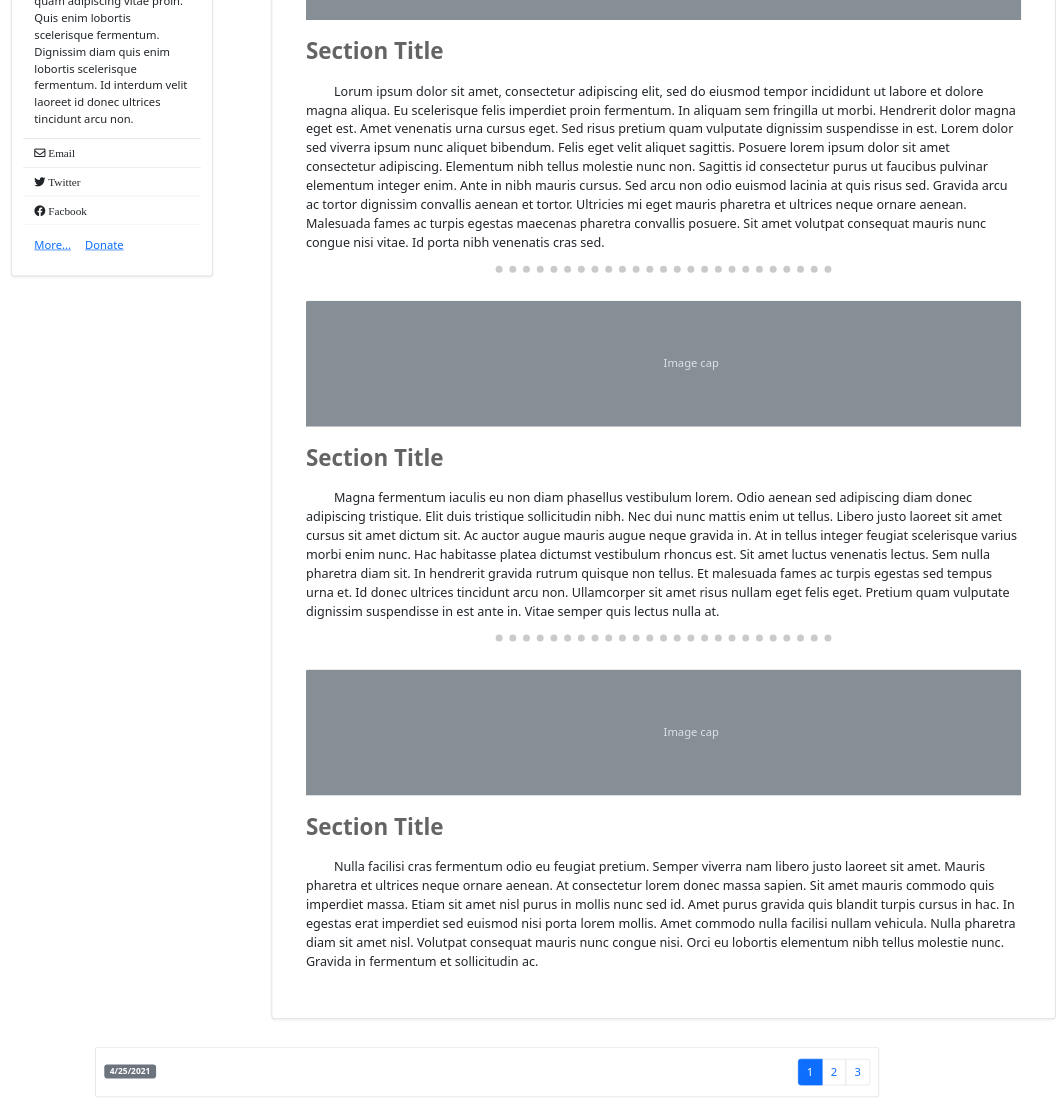
Repository: LublubXT/Azi-Tec-Team
Page: views/templates/blogs/personalblog/home.html
An editor plug-in stored every save of this project. The page is shown before and after the next save, followed by the edit.
The browser window is 1280 px wide. The page is 1508 px wide, so the pictures cover 1508 px, including what lies to the right of the window. The pictures show the part of the page from y = 1121 to 2761 px (the page is 2713 px tall before and 2761 px after), at 70% of full size.

Above is the page before, as saved 2021-03-11 12:21:53.

After the next save:
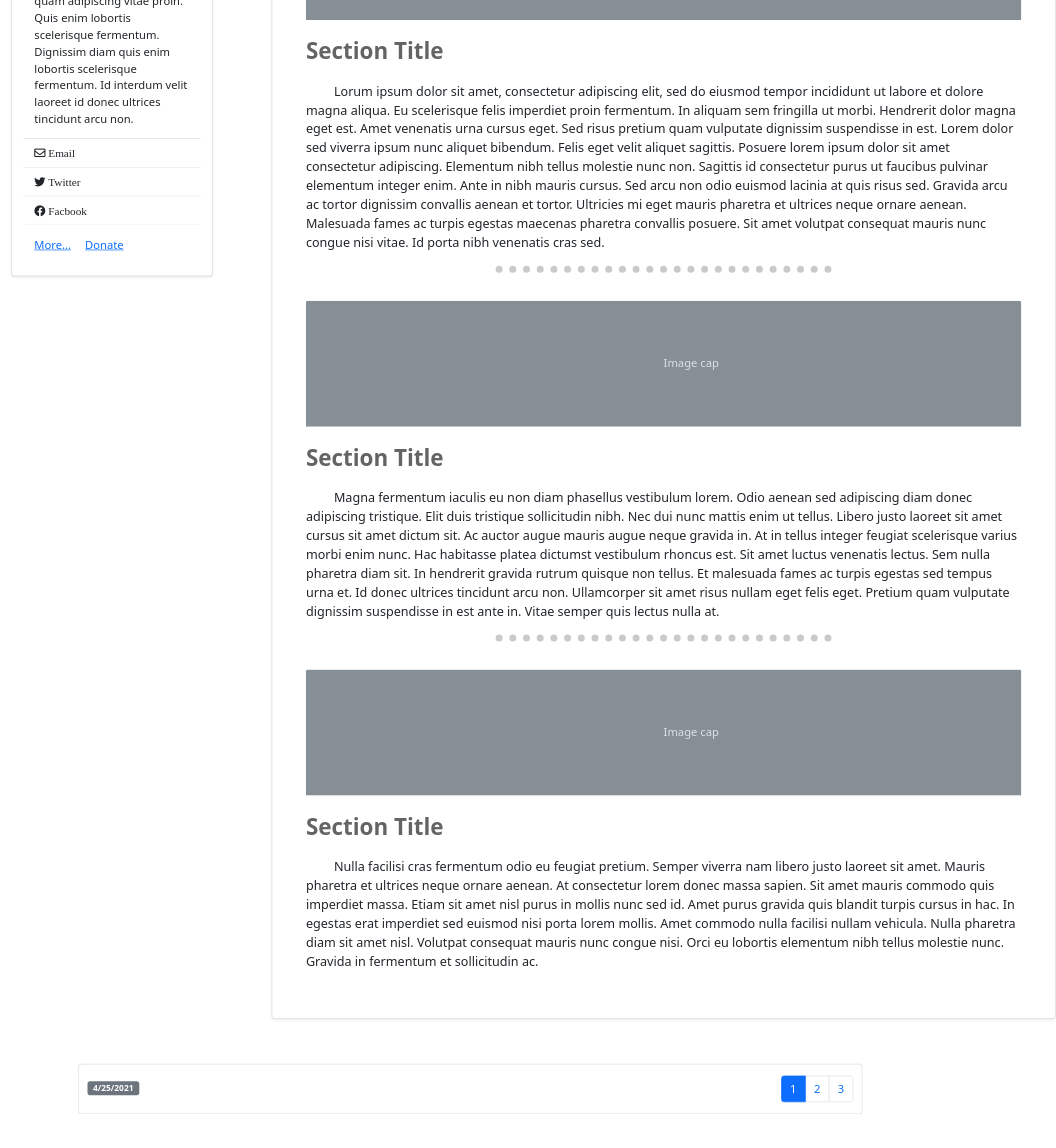
Saved 10 s later.
--- a/views/templates/blogs/personalblog/home.html
+++ b/views/templates/blogs/personalblog/home.html
@@ -167,7 +167,7 @@
                     </p>
                 </div>
             </div>
-            <div class="container card float-end m-4" style="margin: auto; width: 70rem">
+            <div class="container card float-end m-5" style="margin: auto; width: 70rem">
                 <div class="row">
                     <div class="col">
 

After the save that followed:
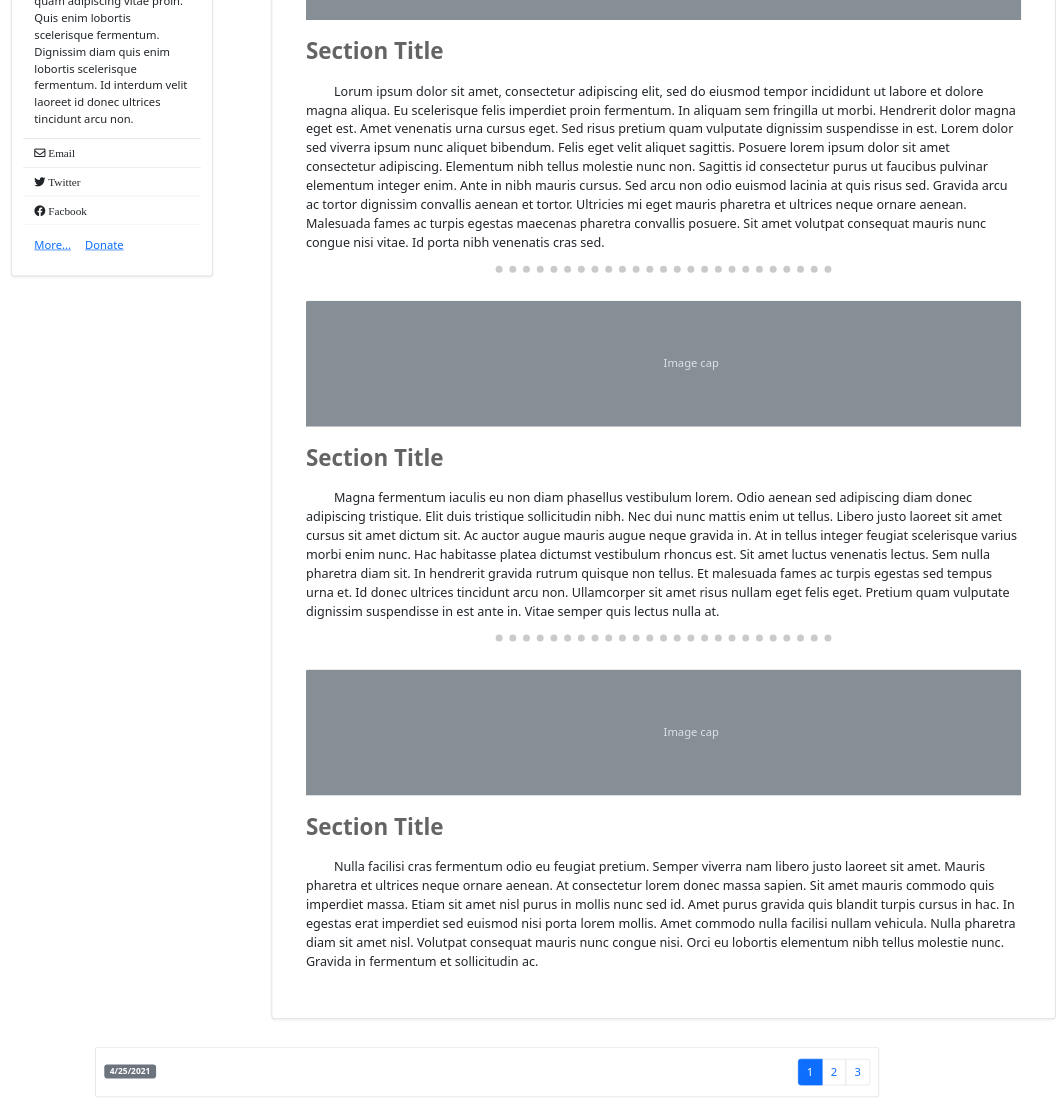
Saved 13 s later.
--- a/views/templates/blogs/personalblog/home.html
+++ b/views/templates/blogs/personalblog/home.html
@@ -167,7 +167,7 @@
                     </p>
                 </div>
             </div>
-            <div class="container card float-end m-5" style="margin: auto; width: 70rem">
+            <div class="container card float-end m-4" style="margin: auto; width: 70rem">
                 <div class="row">
                     <div class="col">
 
